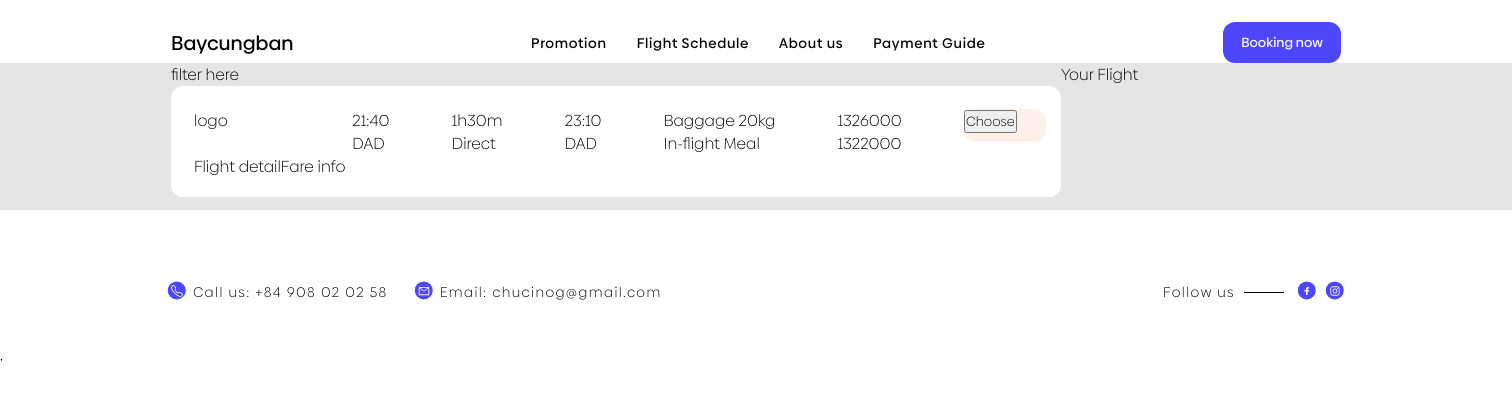
Repository: pinocoding/my-flying
Page: /list (app in my-flying/)
These files come from the project's save history. The page is drawn as it stood at one moment and after the next save; the edit follows.
The browser window is 1280 px wide. The page is 1512 px wide, so the pictures cover 1512 px, including what lies to the right of the window. The pictures show the whole page.
The project was rebuilt for these pictures with package versions that can differ from the ones it lists, and the page was loaded fresh each time. Also part of the build but not shown: my-flying/src/components/InDecreaBtn/InDecreaBtn.js, my-flying/src/components/TravelBooking/TravelBooking.css, my-flying/src/components/TravelBooking/TravelBooking.js, my-flying/src/components/home/Home.css, my-flying/src/components/home/Home.js. Imported but missing from the stored project, and not drawn on this page: my-flying/src/reportWebVitals.

Above is the page before, as saved 2022-09-09 17:02:27.

After the next save:
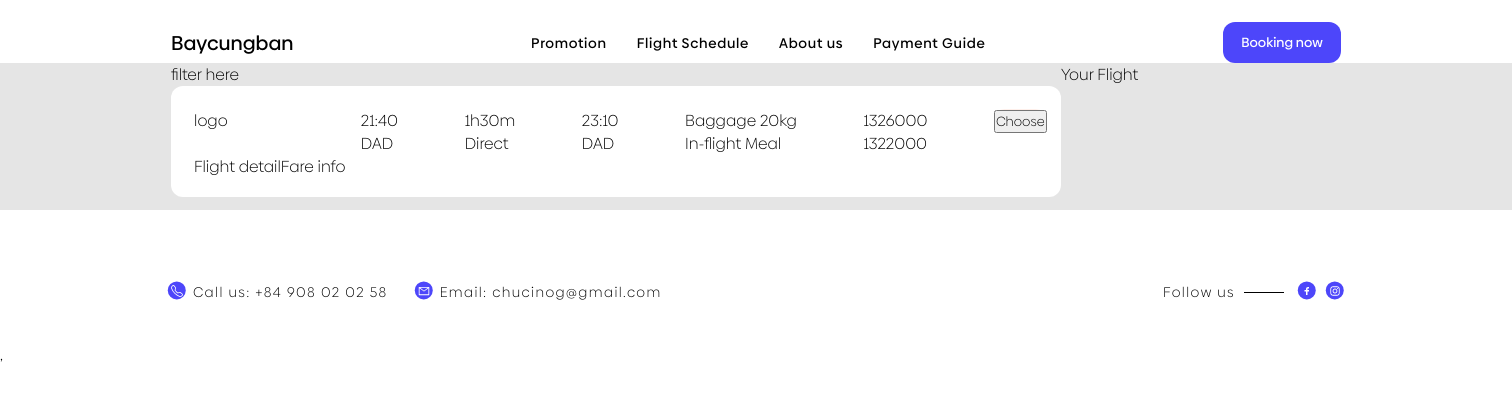
Saved 25 s later.
--- a/my-flying/src/components/FlightsInfor/FlightInfor.css
+++ b/my-flying/src/components/FlightsInfor/FlightInfor.css
@@ -20,4 +20,6 @@
   height: 33px;
   background: rgba(240, 99, 54, 0.1);
   border-radius: 12px;
+  width: 52px;
+  height: 21px;
 }
